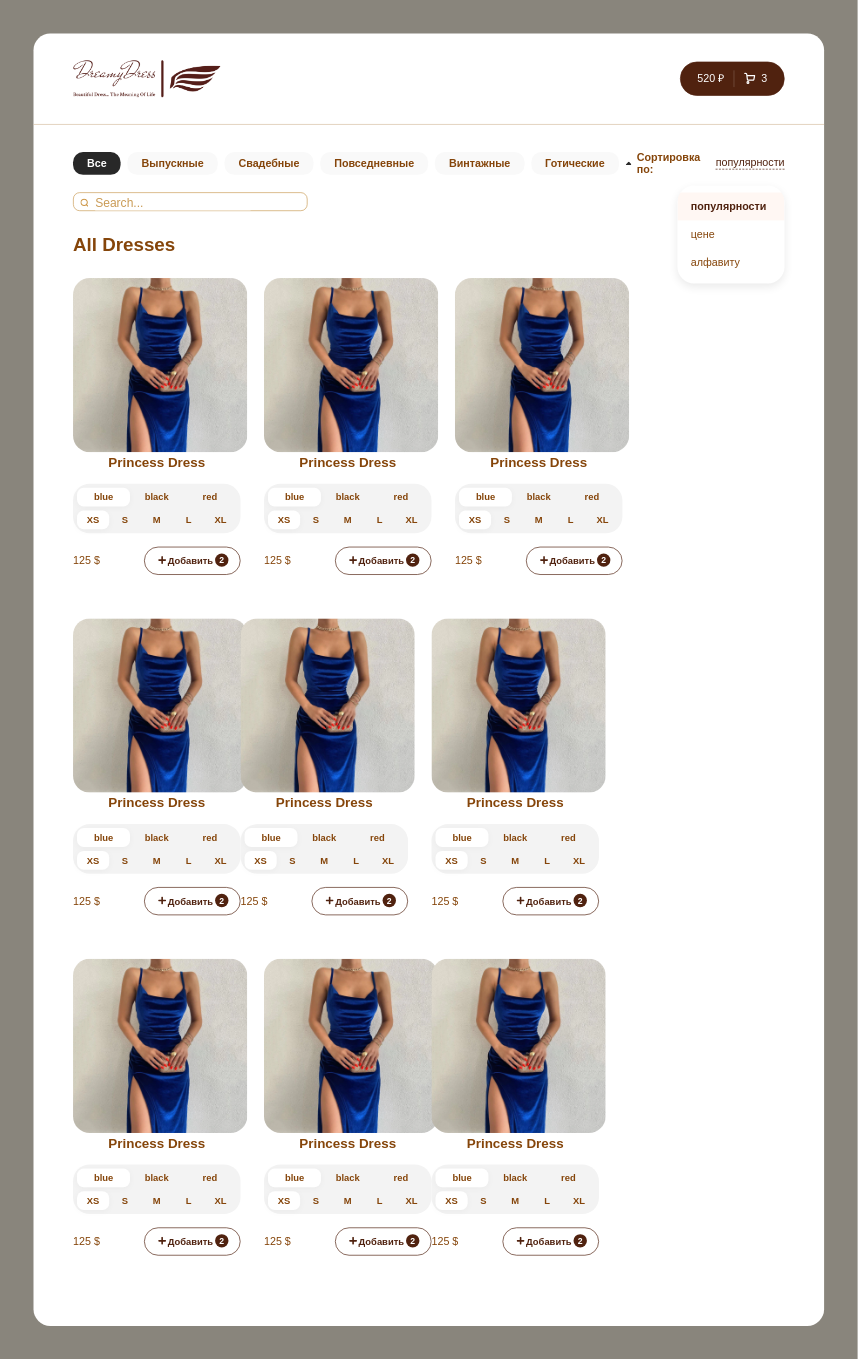
Repository: DisasterWoman/SPA-shop
Page: /
An editor plug-in stored every save of this project. The page is shown before and after the next save, followed by the edit.
The browser window is 1280 px wide. The pictures show the whole page, at 67% of full size.
Some web fonts or font styles are not loaded; a fallback is used. The project was rebuilt for these pictures with package versions that can differ from the ones it lists, and the page was loaded fresh each time.

Above is the page before, as saved 2022-11-29 18:16:24.

After the next save:
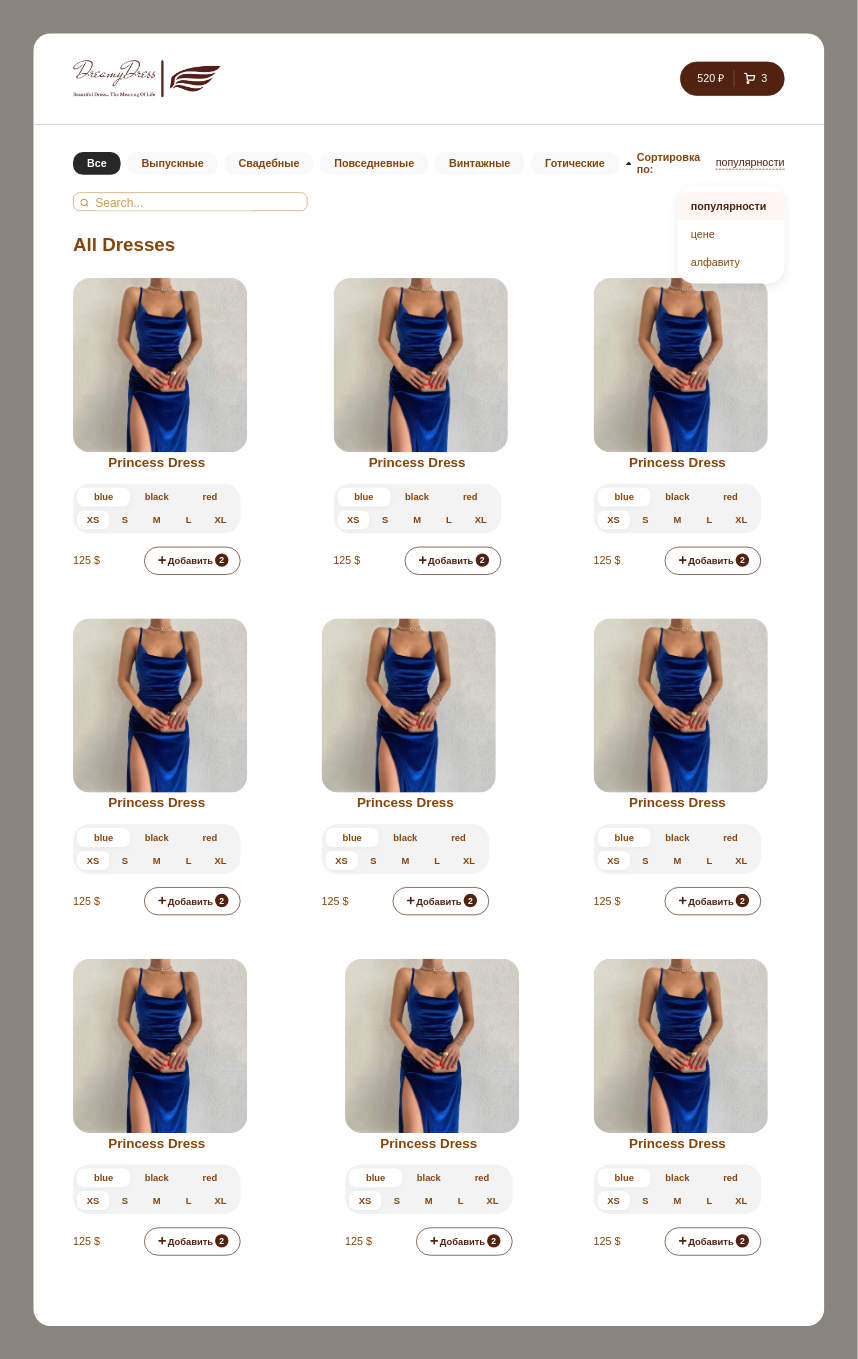
Saved 6 s later.
--- a/src/scss/app.scss
+++ b/src/scss/app.scss
@@ -25,7 +25,7 @@ body {
   &__items {
     display: flex;
     flex-wrap: wrap;
-    //justify-content: space-between;
+    justify-content: space-between;
   }
 
   &__top {
